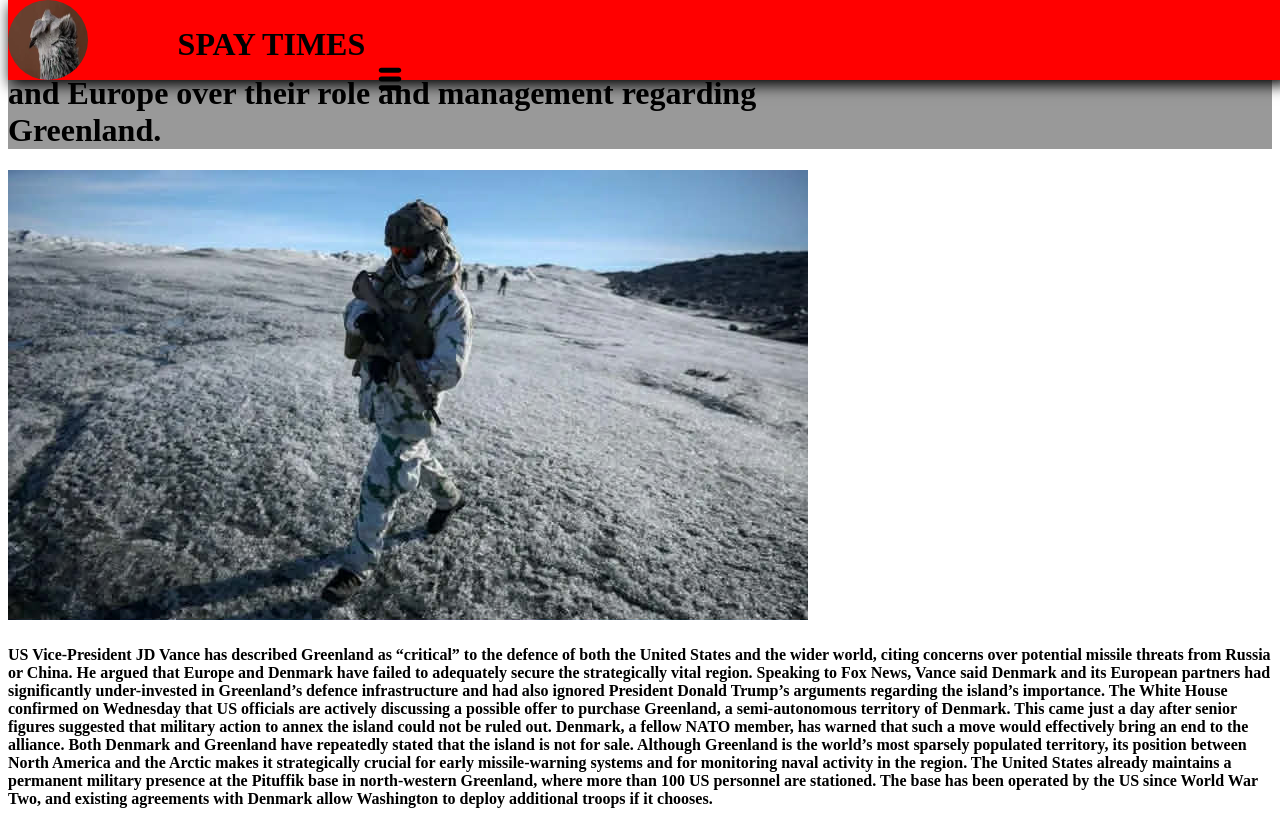
Repository: ridhukhan/spytimes
Page: /, after clicking the first element matching `svg`
An editor plug-in stored every save of this project. The page is shown before and after the next save, followed by the edit.
The browser window is 1280 px wide. The pictures show the whole page.
The project was rebuilt for these pictures with package versions that can differ from the ones it lists, and the page was loaded fresh each time. Also part of the build but not shown: vite.config.js.

Above is the page before, as saved 2026-01-09 21:57:07.

After the next save:
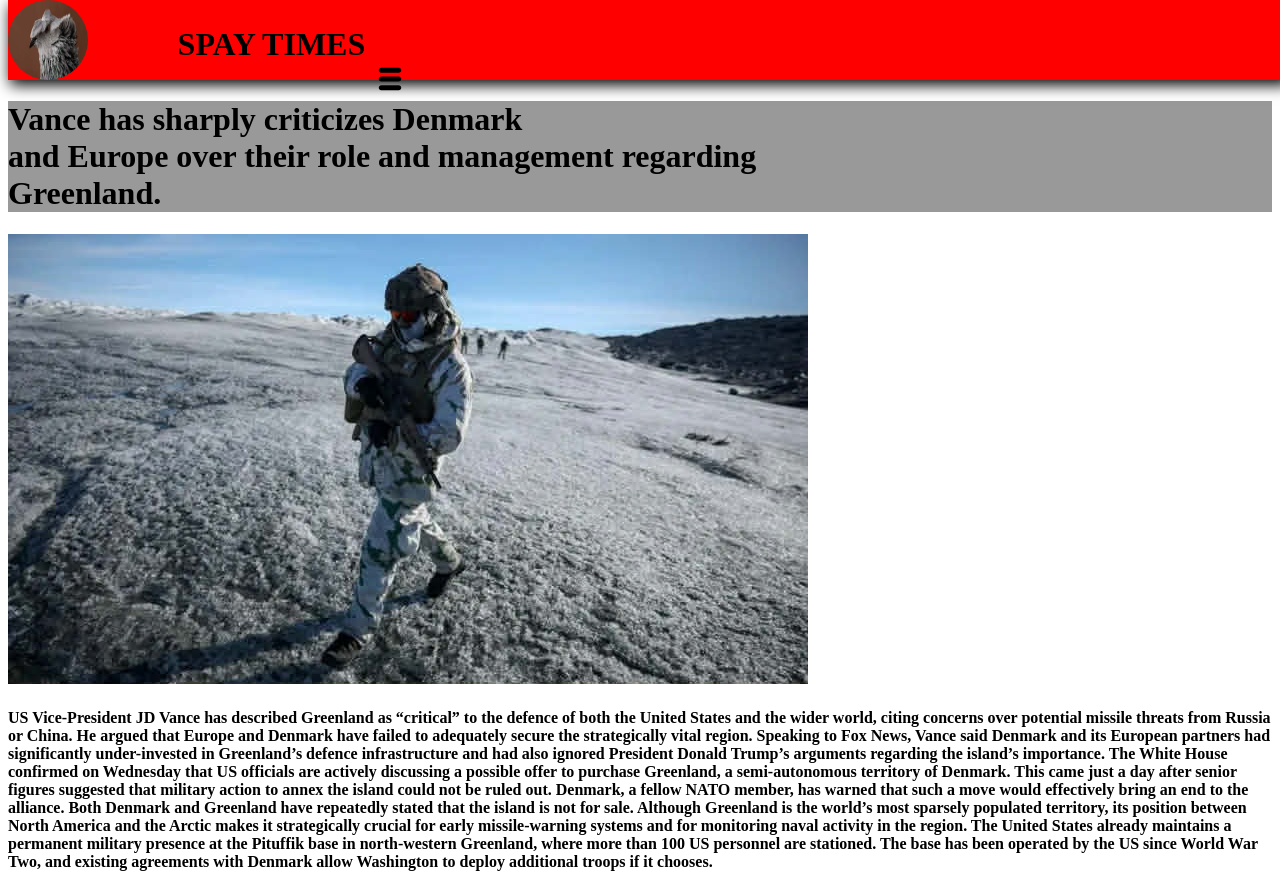
Saved 11 s later.
--- a/src/pages/home/Home.jsx
+++ b/src/pages/home/Home.jsx
@@ -2,7 +2,7 @@ import React from 'react'
 import home1 from "../../assets/home1.jpeg"
 const Home = () => {
   return (
-    <div style={{marginTop:"3%"}}>
+    <div style={{marginTop:"8%"}}>
 
 
         <h1 style={{backgroundColor:"#999"}}>Vance has sharply criticizes Denmark <br /> and Europe over their role and management regarding <br /> Greenland.</h1>
